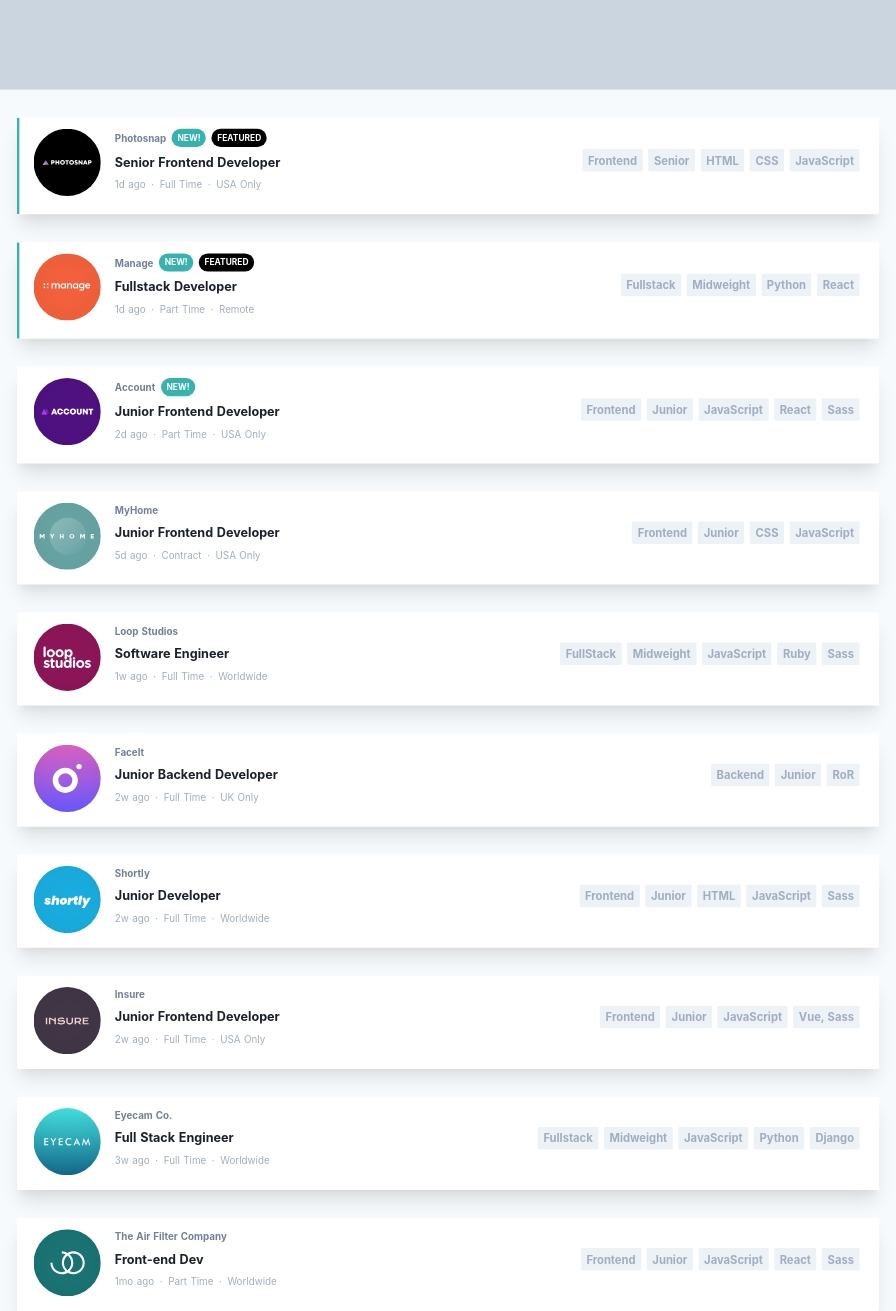
Repository: asongdon/frontendmentor-joblisting
Page: /
These files come from the project's save history. The page is drawn as it stood at one moment and after the next save; the edit follows.
The browser window is 1280 px wide. The pictures show the whole page, at 70% of full size.
The project was rebuilt for these pictures with package versions that can differ from the ones it lists, and the page was loaded fresh each time. The framework's server and built-in components were replaced by stand-ins that run in the browser. Also part of the build but not shown: nuxt.config.js.

Above is the page before, as saved 2020-04-12 22:38:21.

After the next save:
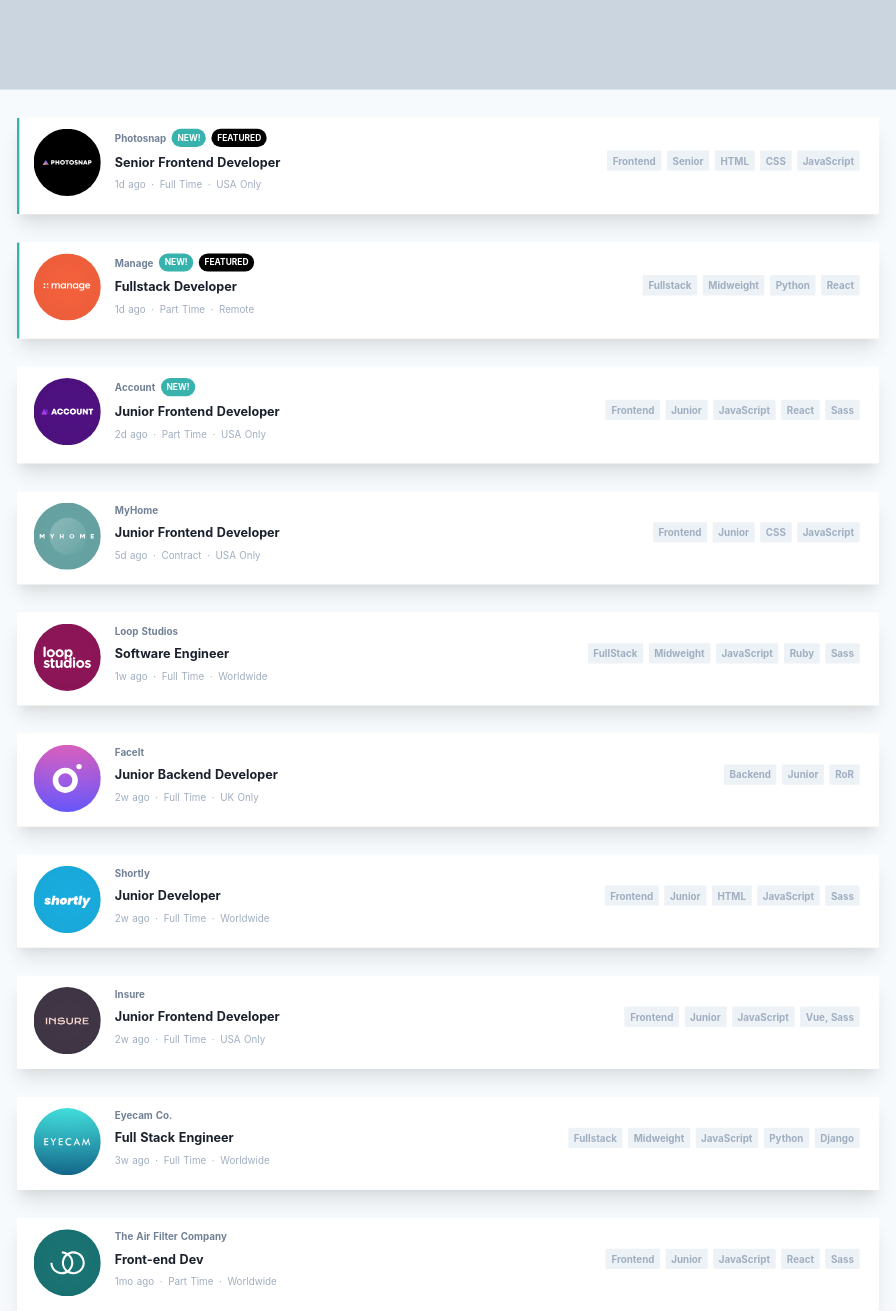
Saved 27 s later.
--- a/components/Maincard.vue
+++ b/components/Maincard.vue
@@ -52,26 +52,26 @@
     <!-- Tags -->
     <div class="flex flex-wrap justify-start lg:justify-end lg:items-center">
       <div
-        class="px-2 py-1 bg-gray-200 text-gray-500 rounded-sm font-bold mr-2 mb-4 text-sm lg:text-base"
+        class="px-2 py-1 bg-gray-200 text-gray-500 rounded-sm font-bold mr-2 mb-4 text-sm"
       >
         {{ role }}
       </div>
       <div
-        class="px-2 py-1 bg-gray-200 text-gray-500 rounded-sm font-bold mr-2 mb-4 text-sm lg:text-base"
+        class="px-2 py-1 bg-gray-200 text-gray-500 rounded-sm font-bold mr-2 mb-4 text-sm"
       >
         {{ level }}
       </div>
       <div
         v-for="tag in languages"
         :key="tag.id"
-        class="px-2 py-1 bg-gray-200 text-gray-500 rounded-sm font-bold mr-2 mb-4 text-sm lg:text-base"
+        class="px-2 py-1 bg-gray-200 text-gray-500 rounded-sm font-bold mr-2 mb-4 text-sm"
       >
         {{ tag }}
       </div>
       <div
         v-for="tool in tools"
         :key="tool.id"
-        class="px-2 py-1 bg-gray-200 text-gray-500 rounded-sm font-bold mr-2 mb-4 text-sm lg:text-base"
+        class="px-2 py-1 bg-gray-200 text-gray-500 rounded-sm font-bold mr-2 mb-4 text-sm"
       >
         {{ tool }}
       </div>
